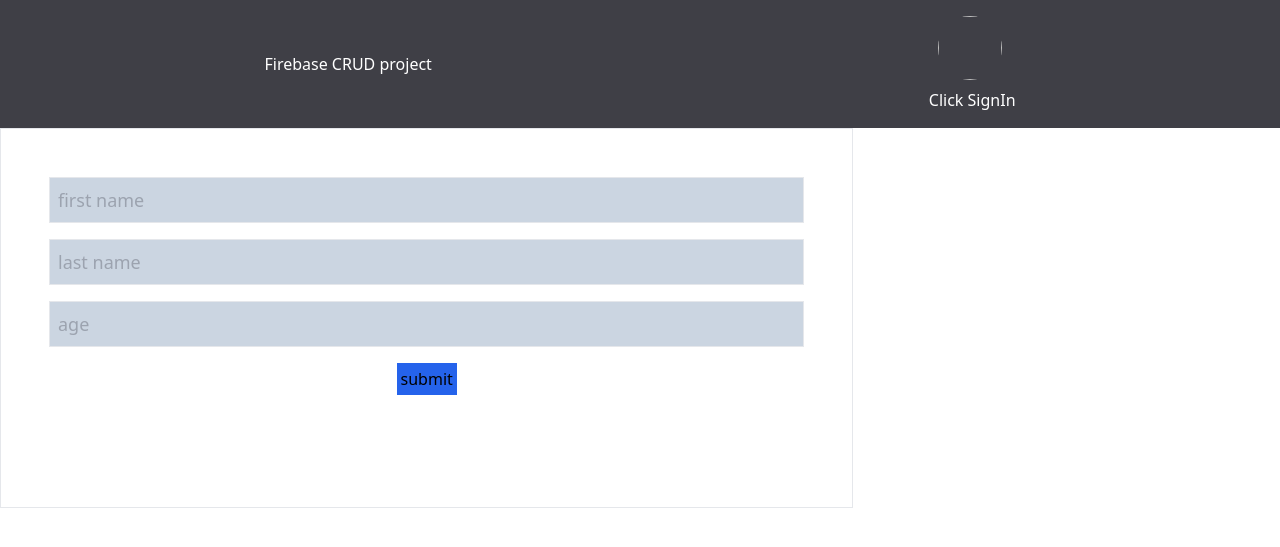
Repository: Semanmernstack/firebase-crud
Page: /
These files come from the project's save history. The page is drawn as it stood at one moment and after the next save; the edit follows.
The browser window is 1280 px wide. The pictures show the whole page.
The page's requests for data from a server got no answer. The project was rebuilt for these pictures with package versions that can differ from the ones it lists, and the page was loaded fresh each time. No one was signed in, and anything a server would have sent is missing. Also part of the build but not shown: src/components/Regform.js.

Above is the page before, as saved 2023-04-10 01:58:46.

### src/index.css
body {
  margin: 0;

}

@tailwind base;
@tailwind components;
@tailwind utilities;

### src/App.js



import Body from "./components/Body";
import Header from "./components/Header";





function App() {

  return (
    <div className="">
      <Header/>
      <Body/>
    </div>
  );
}

export default App;

### src/components/Body.js
import { addDoc, collection, onSnapshot, serverTimestamp } from 'firebase/firestore';
import React, { useEffect, useState } from 'react'
import { useForm } from 'react-hook-form';
import { db } from '../firebase.';
import Regform from './Regform';

function Body() {

    const [reg, setReg] = useState([])


    useEffect(() =>
        onSnapshot(collection(db, "reg"), (snapshot) => {
            setReg(snapshot.docs.map((doc) => ({ ...doc.data(), id: doc.id })))
        }
        ), []);
    const {
        register,
        handleSubmit,
        formState: { errors },
    } = useForm();
    const onSubmit = async (data) => {
        await addDoc(collection(db, "reg"), {
            ...data,
            timestamp:serverTimestamp()

        })
        console.log(data)

    };


  return (
    <div className="p-8 text-black flex flex-col w-2/3 border ">
        <form className='flex flex-col p-4 gap-4 items-center justify-center text-center' onSubmit={handleSubmit(onSubmit)}>
            <input className="w-full p-2 border outline-none bg-slate-300 text black text-lg "  placeholder='first name'  {...register('firstName')} />
            <input className="w-full p-2 border outline-none bg-slate-300 text black text-lg "  placeholder='last name' {...register('lastName', { required: true })} />
            {errors.lastName && <p>Last name is required.</p>}
            <input className="w-full p-2 border outline-none bg-slate-300 text black text-lg "  placeholder='age' {...register('age', { pattern: /\d+/ })} />
            {errors.age && <p>Please enter number for age.</p>}




            <button className='bg-blue-600 hover:scale-90 ease-out cursor-pointer   p-1' type="submit">submit</button>
        </form>

        <div className='p-8'>
            {reg?.map((r) => (


                <Regform
                    key={r.id}
                    id={r.id}
                    age={r.age}
                    firstName={r.firstName}
                    lastName={r.lastName}

                />
            ))}
            <div>

            </div>

        </div>


    </div>
  )
}

export default Body

### src/components/Header.js


import Login from "./Login"


function Header() {



  return (
    <nav className="flex items-center justify-around bg-zinc-700 text-white p-4">
        <div>
            <h1> Firebase CRUD project</h1>
        </div>
        <Login/>

    </nav>


  )
}

export default Header

### src/firebase..js
import { initializeApp } from "firebase/app";
import { getAuth, GoogleAuthProvider } from "firebase/auth";
import { getFirestore } from "firebase/firestore";
import { getStorage } from "firebase/storage";
// TODO: Add SDKs for Firebase products that you want to use
// https://firebase.google.com/docs/web/setup#available-libraries

// Your web app's Firebase configuration
const firebaseConfig = {
  apiKey: "AIzaSyBgS0aivKoq6PRjPIzLlCpHxI0D8M1DMtw",
  authDomain: "school-81c7d.firebaseapp.com",
  projectId: "school-81c7d",
  storageBucket: "school-81c7d.appspot.com",
  messagingSenderId: "524069258489",
  appId: "1:524069258489:web:11c09d32a06e9a8b970e28"
};

// Initialize Firebase
const app = initializeApp(firebaseConfig);
const auth = getAuth(app);
const provider = new GoogleAuthProvider();
const db = getFirestore(app)
export const storage = getStorage(app)

export { auth, provider, db }

### src/components/Login.js
import { onAuthStateChanged, signInWithPopup } from 'firebase/auth'
import React, { useEffect, useState } from 'react'
import { auth, provider } from '../firebase.'


function Login() {
    const [user, setUser] = useState("")
    useEffect(() => {

        onAuthStateChanged(auth, (user) => {
            console.log(user)
          if (user) {
            setUser(user)
          }
        })

      }, [])





    const signIn = () => {
       try {
            signInWithPopup(auth, provider)
       }
       catch (error) {
            alert(error.message)
       }
    }
  return (
    <div className="flex flex-col items-center gap-2">
        <div className="flex gap-1 items-center">
            <img className='rounded-full h-16 w-16' src={user.photoURL} alt="" />
            <h1>{user?.displayName}</h1>
        </div>
        <div>
            <button onClick={signIn} >Click SignIn</button>
        </div>



    </div>
  )
}

export default Login

Loaded but not shown: public/index.html (common file); src/index.js (common file); src/reportWebVitals.js (common file); tailwind.config.js (common file)

After the next save:
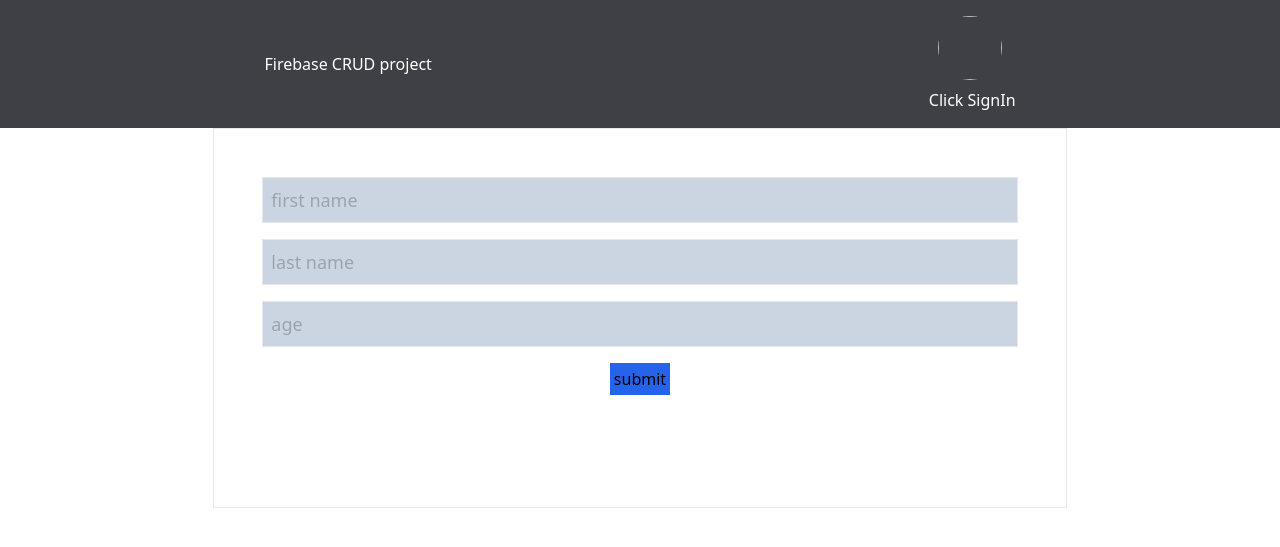
Saved 81 s later.
--- a/src/components/Body.js
+++ b/src/components/Body.js
@@ -31,7 +31,7 @@ function Body() {
 
 
   return (
-    <div className="p-8 text-black flex flex-col w-2/3 border ">
+    <div className="p-8 text-black flex flex-col w-2/3 border mx-auto ">
         <form className='flex flex-col p-4 gap-4 items-center justify-center text-center' onSubmit={handleSubmit(onSubmit)}>
             <input className="w-full p-2 border outline-none bg-slate-300 text black text-lg "  placeholder='first name'  {...register('firstName')} />
             <input className="w-full p-2 border outline-none bg-slate-300 text black text-lg "  placeholder='last name' {...register('lastName', { required: true })} />
